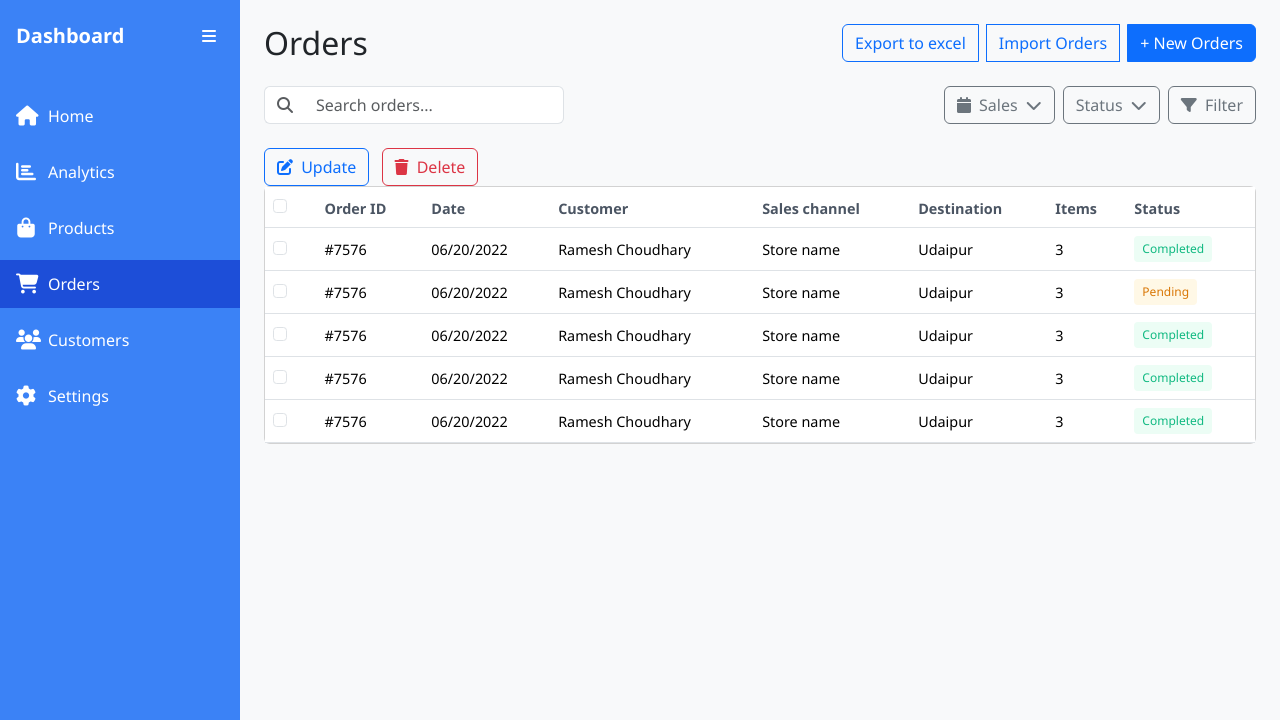
Repository: AditiAjitSalvi/Inventory_Managment
Page: Inventory_Managment_System/Inventory/src/main/webapp/Order.html
The author's editor kept a copy of each file at every save. The page is drawn from the files as they stood at one save, then again after the next save.
The browser window is 1280 px wide. The pictures show the whole page.

Above is the page before, as saved 2025-05-22 15:57:15.
Console error: TypeError: Cannot read properties of null (reading 'getContext')

### Inventory_Managment_System/Inventory/src/main/webapp/Order.html

<!DOCTYPE html>
<html lang="en">
<head>
<meta charset="UTF-8">
<meta name="viewport" content="width=device-width, initial-scale=1.0">
<title>Orders</title>
<!-- Bootstrap CSS -->
<link
	href="https://cdn.jsdelivr.net/npm/bootstrap@5.3.2/dist/css/bootstrap.min.css"
	rel="stylesheet">
<!-- Font Awesome for icons -->
<link rel="stylesheet"
	href="https://cdnjs.cloudflare.com/ajax/libs/font-awesome/6.4.2/css/all.min.css">
<!-- Custom CSS -->
<style>
/* Main Layout */
body {
	margin: 0;
	padding: 0;
	background-color: #f8f9fa;
	font-family: 'Segoe UI', Tahoma, Geneva, Verdana, sans-serif;
}

.dashboard-container {
	display: flex;
	min-height: 100vh;
}

/* Sidebar Styles */
.sidebar {
	width: 240px;
	background-color: #3b82f6; /* Blue 600 equivalent */
	color: white;
	transition: all 0.3s ease-in-out;
	display: flex;
	flex-direction: column;
}

.sidebar.collapsed {
	width: 64px;
}

.sidebar-header {
	display: flex;
	justify-content: space-between;
	align-items: center;
	padding: 16px;
}

.sidebar-title {
	font-size: 1.25rem;
	font-weight: bold;
	margin: 0;
}

.sidebar-toggle {
	background: transparent;
	border: none;
	color: white;
	cursor: pointer;
	padding: 8px;
}

.sidebar-toggle:hover {
	background-color: rgba(255, 255, 255, 0.1);
	border-radius: 4px;
}

.sidebar-menu {
	display: flex;
	flex-direction: column;
	padding-top: 16px;
}

.sidebar-link {
	display: flex;
	align-items: center;
	padding: 12px 16px;
	text-decoration: none;
	color: white;
	margin: 4px 0;
	transition: background-color 0.2s;
}

.sidebar-link:hover {
	background-color: #2563eb; /* Blue 700 equivalent */
	color: white;
}

.sidebar-link.active {
	background-color: #1d4ed8; /* Blue 800 equivalent */
	color: white;
}

.sidebar-link i {
	font-size: 1.25rem;
	width: 20px;
	text-align: center;
}

.sidebar-link .link-text {
	margin-left: 12px;
	white-space: nowrap;
}

.sidebar.collapsed .sidebar-title, .sidebar.collapsed .link-text {
	display: none;
}

/* Main Content */
.main-content {
	flex: 1;
	padding: 24px;
	overflow-y: auto;
}

/* Stat Cards */
.stat-card {
	border-radius: 8px;
	border: 1px solid rgba(0, 0, 0, 0.125);
	box-shadow: 0 1px 3px rgba(0, 0, 0, 0.1);
}

.stat-icon {
	font-size: 1.25rem;
	color: #6b7280; /* Text muted equivalent */
}

.stat-title {
	font-size: 0.875rem;
	color: #6b7280; /* Text muted equivalent */
	margin-bottom: 4px;
}

.stat-value {
	font-size: 1.5rem;
	font-weight: bold;
	margin: 0;
}

/* Chart Container */
.chart-container {
	height: 320px;
	width: 100%;
}

/* Product Visualization */
.product-visualization {
	height: 256px;
	background-color: #312e81; /* Indigo 950 equivalent */
	border-radius: 50%;
}

/* Status Badges */
.status {
	padding: 4px 8px;
	border-radius: 4px;
	font-size: 0.75rem;
	font-weight: 500;
	display: inline-block;
	text-align: center;
}

.status.pending {
	background-color: #fff8e6;
	color: #d97706; /* Amber 500 equivalent */
}

.status.urgent {
	background-color: #fef2f2;
	color: #ef4444; /* Red 500 equivalent */
}

.status.completed {
	background-color: #ecfdf5;
	color: #10b981; /* Green 500 equivalent */
}

/* Orders Page Styles */
.orders-container {
	max-width: 100%;
	margin: 0 auto;
}

.search-wrapper {
	width: 300px;
}

.order-table {
	font-size: 0.9rem;
}

.order-table th {
	font-weight: 600;
	color: #4b5563;
	border-bottom-width: 1px;
}

.order-table td {
	vertical-align: middle;
}

.order-table .form-check {
	margin: 0;
}

/* Responsive Adjustments */
@media ( max-width : 768px) {
	.sidebar {
		width: 64px;
	}
	.sidebar .sidebar-title, .sidebar .link-text {
		display: none;
	}
	.main-content {
		padding: 16px;
	}
	.orders-container .btn-group {
		display: flex;
		flex-direction: column;
	}
	.orders-container .btn-group .btn {
		margin-bottom: 8px;
		margin-right: 0 !important;
	}
	.search-wrapper {
		width: 100%;
		margin-bottom: 16px;
	}
}

@media ( max-width : 992px) {
	.orders-container .d-flex {
		flex-direction: column;
	}
	.orders-container .d-flex .btn {
		margin-bottom: 8px;
	}
}
</style>
</head>
<body>
	<div class="dashboard-container">
		<!-- Sidebar -->
		<div class="sidebar" id="sidebar">
			<div class="sidebar-header">
				<h2 class="sidebar-title">Dashboard</h2>
				<button class="btn sidebar-toggle" id="sidebarToggle">
					<i class="fa fa-bars"></i>
				</button>
			</div>
			<div class="sidebar-menu">
				<a href="index.html" class="sidebar-link"> <i class="fa fa-home"></i>
					<span class="link-text">Home</span>
				</a> <a href="#" class="sidebar-link"> <i class="fa fa-chart-bar"></i>
					<span class="link-text">Analytics</span>
				</a> <a href="#" class="sidebar-link"> <i class="fa fa-shopping-bag"></i>
					<span class="link-text">Products</span>
				</a> <a href="orders.html" class="sidebar-link active"> <i
					class="fa fa-shopping-cart"></i> <span class="link-text">Orders</span>
				</a> <a href="#" class="sidebar-link"> <i class="fa fa-users"></i> <span
					class="link-text">Customers</span>
				</a> <a href="#" class="sidebar-link"> <i class="fa fa-cog"></i> <span
					class="link-text">Settings</span>
				</a>
			</div>
		</div>

		<!-- Main Content -->
		<div class="main-content">
			<div class="orders-container">
				<div class="d-flex justify-content-between align-items-center mb-4">
					<h2 class="m-0">Orders</h2>
					<div class="btn-group">
						<button class="btn btn-outline-primary me-2">Export to
							excel</button>
						<button class="btn btn-outline-primary me-2">Import
							Orders</button>
						<button class="btn btn-primary">+ New Orders</button>
					</div>
				</div>

				<div class="d-flex justify-content-between align-items-center mb-4">
					<div class="search-wrapper">
						<div class="input-group">
							<span class="input-group-text bg-white border-end-0"> <i
								class="fa fa-search text-muted"></i>
							</span> <input type="text" class="form-control border-start-0"
								placeholder="Search orders...">
						</div>
					</div>
					<div class="d-flex">
						<button class="btn btn-outline-secondary me-2">
							<i class="fa fa-calendar me-1"></i> <span>Sales</span> <i
								class="fa fa-chevron-down ms-1"></i>
						</button>
						<button class="btn btn-outline-secondary me-2">
							<span>Status</span> <i class="fa fa-chevron-down ms-1"></i>
						</button>
						<button class="btn btn-outline-secondary">
							<i class="fa fa-filter me-1"></i> <span>Filter</span>
						</button>
					</div>
				</div>
				<div class="action-buttons">
					<button class="btn btn-outline-primary me-2">
						<i class="fa fa-edit me-1"></i> <span>Update</span>
					</button>
					<button class="btn btn-outline-danger">
						<i class="fa fa-trash me-1"></i> <span>Delete</span>
					</button>
				</div>


				<div class="card">
					<div class="card-body p-0">
						<div class="table-responsive">
							<table class="table order-table mb-0">
								<thead>
									<tr>
										<th>
											<div class="form-check">
												<input class="form-check-input" type="checkbox"
													id="selectAll"> <label class="form-check-label"
													for="selectAll"></label>
											</div>
										</th>
										<th>Order ID</th>
										<th>Date</th>
										<th>Customer</th>
										<th>Sales channel</th>
										<th>Destination</th>
										<th>Items</th>
										<th>Status</th>
									</tr>
								</thead>
								<tbody>
									<tr>
										<td>
											<div class="form-check">
												<input class="form-check-input" type="checkbox"> <label
													class="form-check-label"></label>
											</div>
										</td>
										<td>#7576</td>
										<td>06/20/2022</td>
										<td>Ramesh Choudhary</td>
										<td>Store name</td>
										<td>Udaipur</td>
										<td>3</td>
										<td><span class="status completed">Completed</span></td>
									</tr>
									<tr>
										<td>
											<div class="form-check">
												<input class="form-check-input" type="checkbox"> <label
													class="form-check-label"></label>
											</div>
										</td>
										<td>#7576</td>
										<td>06/20/2022</td>
										<td>Ramesh Choudhary</td>
										<td>Store name</td>
										<td>Udaipur</td>
										<td>3</td>
										<td><span class="status pending">Pending</span></td>
									</tr>
									<tr>
										<td>
											<div class="form-check">
												<input class="form-check-input" type="checkbox"> <label
													class="form-check-label"></label>
											</div>
										</td>
										<td>#7576</td>
										<td>06/20/2022</td>
										<td>Ramesh Choudhary</td>
										<td>Store name</td>
										<td>Udaipur</td>
										<td>3</td>
										<td><span class="status completed">Completed</span></td>
									</tr>
									<tr>
										<td>
											<div class="form-check">
												<input class="form-check-input" type="checkbox"> <label
													class="form-check-label"></label>
											</div>
										</td>
										<td>#7576</td>
										<td>06/20/2022</td>
										<td>Ramesh Choudhary</td>
										<td>Store name</td>
										<td>Udaipur</td>
										<td>3</td>
										<td><span class="status completed">Completed</span></td>
									</tr>
									<tr>
										<td>
											<div class="form-check">
												<input class="form-check-input" type="checkbox"> <label
													class="form-check-label"></label>
											</div>
										</td>
										<td>#7576</td>
										<td>06/20/2022</td>
										<td>Ramesh Choudhary</td>
										<td>Store name</td>
										<td>Udaipur</td>
										<td>3</td>
										<td><span class="status completed">Completed</span></td>
									</tr>
								</tbody>
							</table>
						</div>
					</div>
				</div>
			</div>
		</div>
	</div>

	<!-- Bootstrap Bundle with Popper -->
	<script
		src="https://cdn.jsdelivr.net/npm/bootstrap@5.3.2/dist/js/bootstrap.bundle.min.js"></script>
	<!-- Custom JS -->

	<script>
 // Wait for the DOM to be fully loaded
    document.addEventListener('DOMContentLoaded', function() {
        // Sidebar toggle functionality
        const sidebarToggle = document.getElementById('sidebarToggle');
        const sidebar = document.getElementById('sidebar');

        sidebarToggle.addEventListener('click', function() {
            sidebar.classList.toggle('collapsed');
        });

        // Check if we're on mobile
        function checkMobile() {
            if (window.innerWidth < 768) {
                sidebar.classList.add('collapsed');
            } else {
                sidebar.classList.remove('collapsed');
            }
        }

        // Initial check
        checkMobile();

        // Listen for window resize
        window.addEventListener('resize', checkMobile);

        // Initialize Sales Chart
        const salesChartCtx = document.getElementById('salesChart').getContext('2d');
        const salesChart = new Chart(salesChartCtx, {
            type: 'bar',
            data: {
                labels: ['Jan', 'Feb', 'Mar', 'Apr'],
                datasets: [
                    {
                        label: 'Previous',
                        data: [65, 75, 85, 90],
                        backgroundColor: '#FFD700', // Gold color
                    },
                    {
                        label: 'Current',
                        data: [80, 65, 70, 75],
                        backgroundColor: '#6366F1', // Indigo color
                    }
                ]
            },
            options: {
                responsive: true,
                maintainAspectRatio: false,
                scales: {
                    y: {
                        beginAtZero: true,
                        grid: {
                            drawBorder: false,
                            color: 'rgba(200, 200, 200, 0.2)',
                        }
                    },
                    x: {
                        grid: {
                            display: false
                        }
                    }
                },
                plugins: {
                    legend: {
                        position: 'top',
                    }
                }
            }
        });
    });
    document.addEventListener('DOMContentLoaded', function() {
        // Select all checkbox functionality
        const selectAllCheckbox = document.getElementById('selectAll');
        if (selectAllCheckbox) {
            selectAllCheckbox.addEventListener('change', function() {
                const checkboxes = document.querySelectorAll('table .form-check-input');
                checkboxes.forEach(checkbox => {
                    checkbox.checked = selectAllCheckbox.checked;
                });
            });
        }

        // Individual checkbox change handler
        const checkboxes = document.querySelectorAll('table .form-check-input:not(#selectAll)');
        checkboxes.forEach(checkbox => {
            checkbox.addEventListener('change', function() {
                const allChecked = Array.from(checkboxes).every(cb => cb.checked);
                const someChecked = Array.from(checkboxes).some(cb => cb.checked);

                if (selectAllCheckbox) {
                    selectAllCheckbox.checked = allChecked;
                    selectAllCheckbox.indeterminate = someChecked && !allChecked;
                }
            });
        });

        // Search functionality
        const searchInput = document.querySelector('.search-wrapper input');
        if (searchInput) {
            searchInput.addEventListener('input', function() {
                const searchText = searchInput.value.toLowerCase();
                const rows = document.querySelectorAll('tbody tr');

                rows.forEach(row => {
                    const text = row.textContent.toLowerCase();
                    if (text.includes(searchText)) {
                        row.style.display = '';
                    } else {
                        row.style.display = 'none';
                    }
                });
            });
        }
    });
    </script>
</body>
</html>

After the next save:
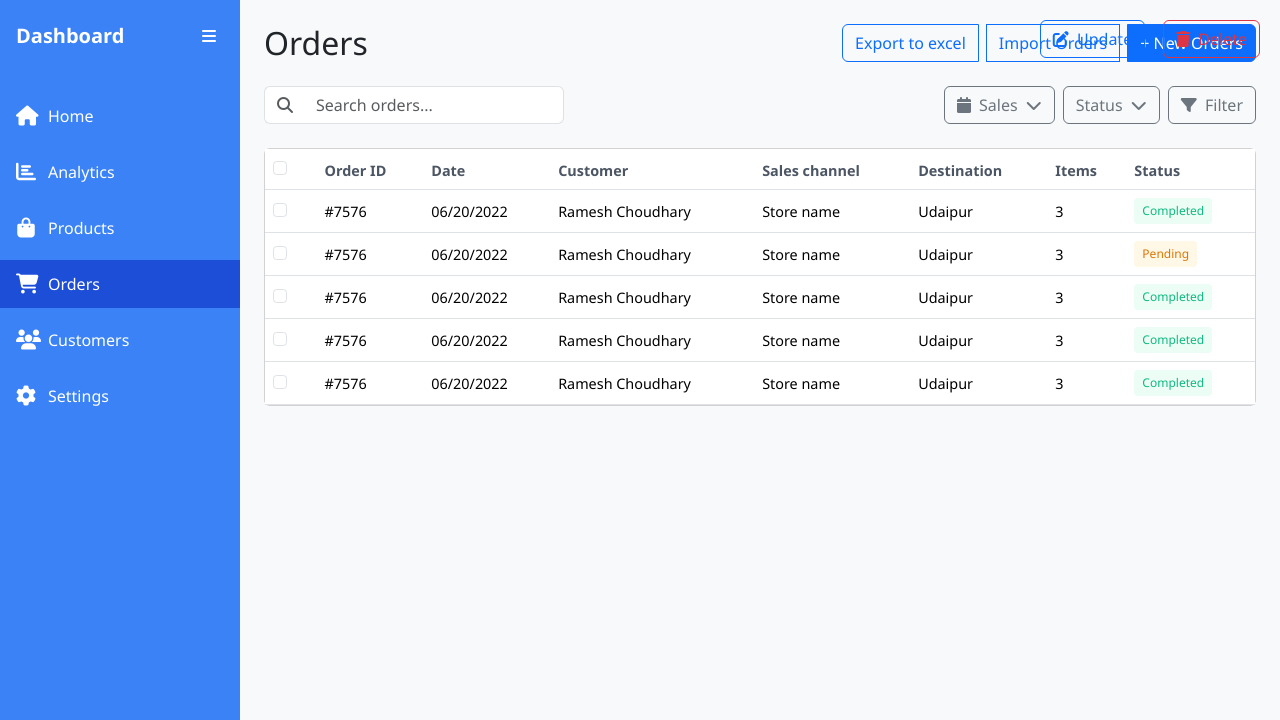
Saved 31 s later.
--- a/Inventory_Managment_System/Inventory/src/main/webapp/Order.html
+++ b/Inventory_Managment_System/Inventory/src/main/webapp/Order.html
@@ -229,7 +229,13 @@ body {
 		margin-bottom: 16px;
 	}
 }
-
+.action-buttons {
+    position: absolute;
+    right: 20px;
+    top: 20px; /* Adjust this if needed */
+    display: flex;
+    gap: 10px;
+}
 @media ( max-width : 992px) {
 	.orders-container .d-flex {
 		flex-direction: column;
